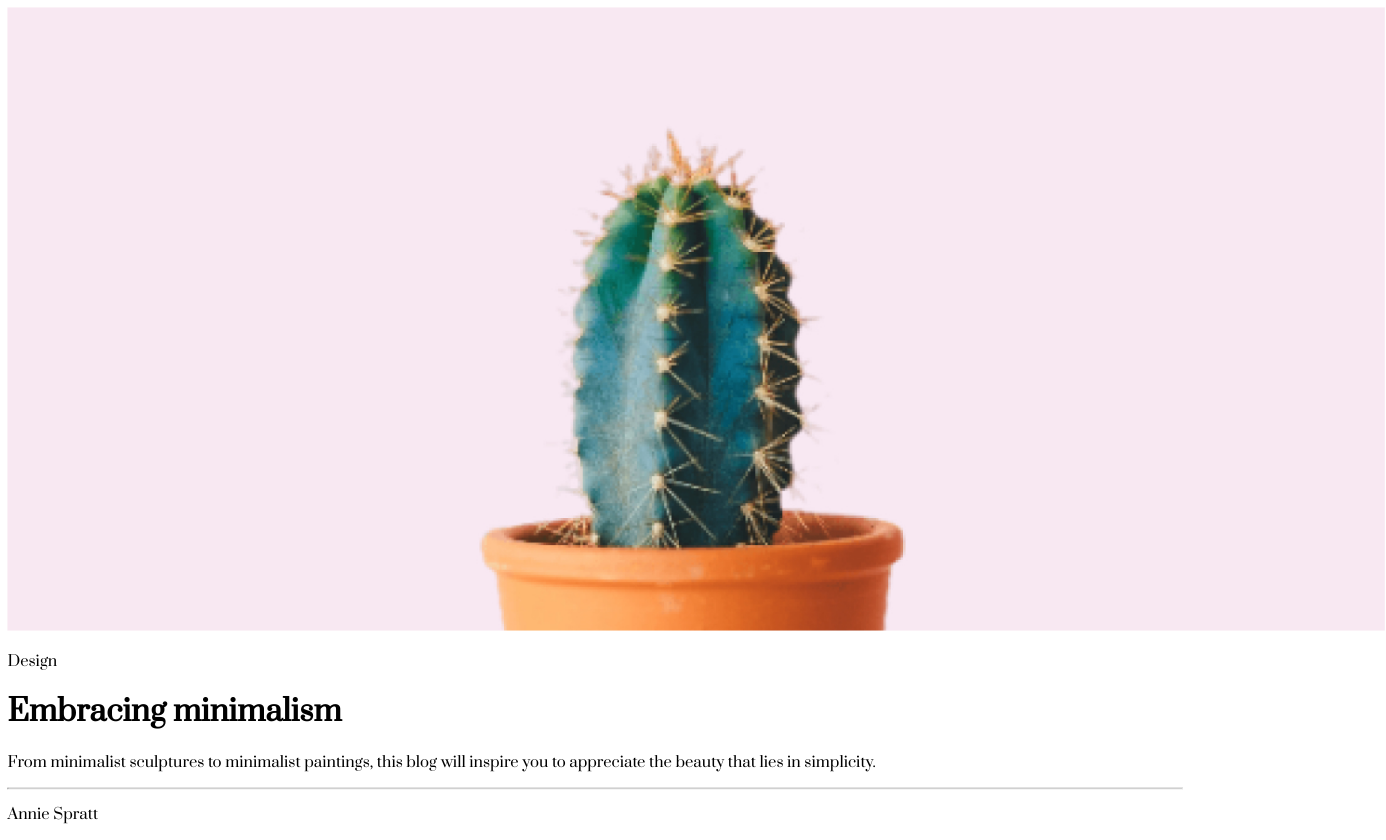
Repository: PCGP22/devChallengesio
Page: 01 - Minimal Blog Card/blogCard.html
These files come from the project's save history. The page is drawn as it stood at one moment and after the next save; the edit follows.
The browser window is 1280 px wide. The page is 1490 px wide, so the pictures cover 1490 px, including what lies to the right of the window. The pictures show the whole page, at 93% of full size.

Above is the page before, as saved 2024-01-01 19:44:38.

### 01 - Minimal Blog Card/blogCard.html
<!DOCTYPE html>
<html lang="en">
<head>
    <link rel="stylesheet" type="text/css" href="styles.css">
    <meta charset="UTF-8">
    <meta name="viewport" content="width=device-width, initial-scale=1.0">
    <title>Document</title>
</head>
<body>
    <div class="card">
        <img src="./cactus_img.jpg" alt="cactus image">
        <p>Design</p>
        <h1>Embracing minimalism</h1>
        <p>From minimalist sculptures to minimalist paintings, this blog will inspire you to appreciate the beauty that lies in simplicity.</p>
        <hr/>
        <p>Annie Spratt</p>
    </div>
</body>
</html>

### 01 - Minimal Blog Card/styles.css
@import url('https://fonts.googleapis.com/css2?family=Prata&family=Sora:wght@400;500;600;700&display=swap');

:root{
    font-family: 'Prata' ,sans-serif;

}

body{

}

.card{

}

After the next save:
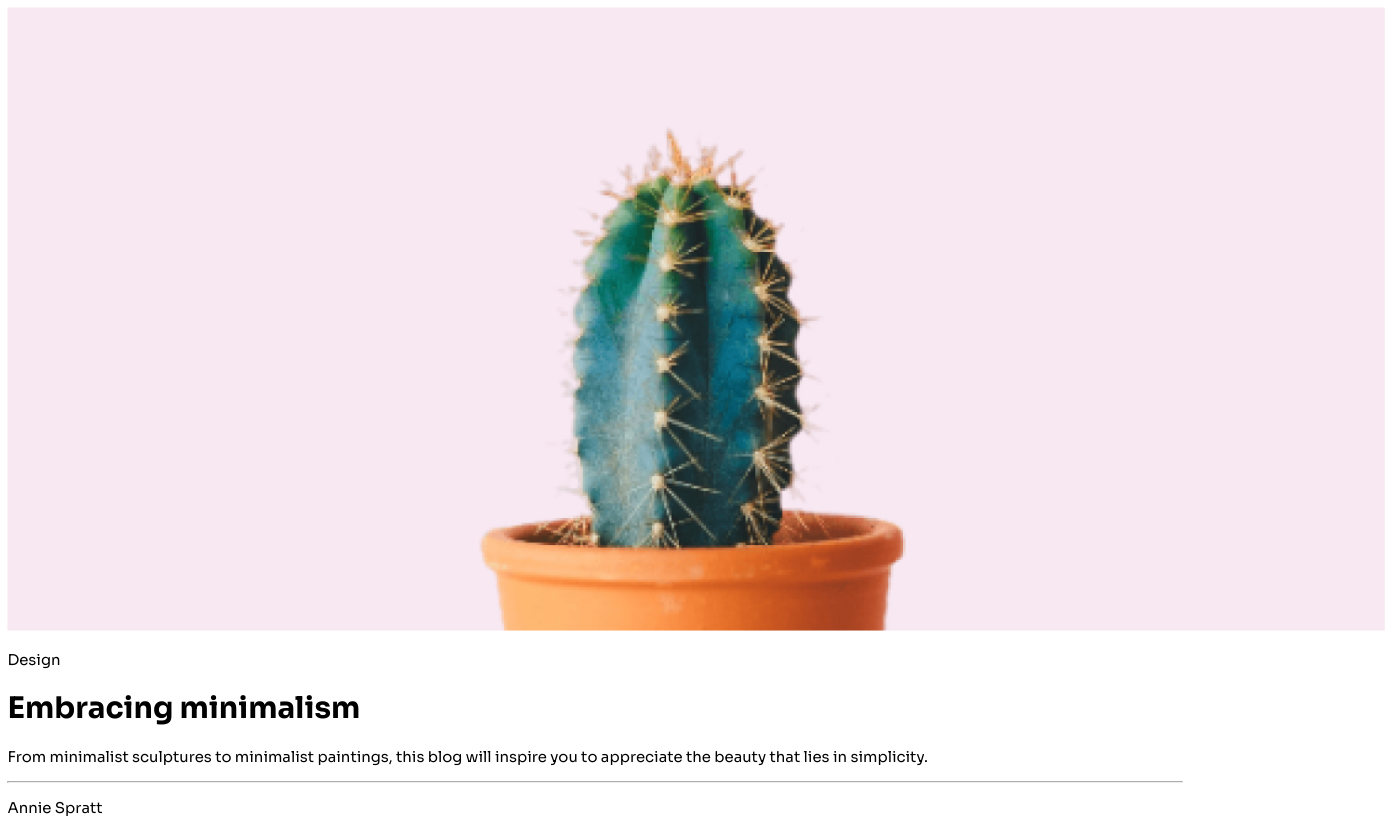
Saved 44 s later.
--- a/01 - Minimal Blog Card/styles.css
+++ b/01 - Minimal Blog Card/styles.css
@@ -1,7 +1,7 @@
 @import url('https://fonts.googleapis.com/css2?family=Prata&family=Sora:wght@400;500;600;700&display=swap');
 
 :root{
-    font-family: 'Prata' ,sans-serif;
+    font-family: 'Sora', sans-serif;;
 
 }
 
